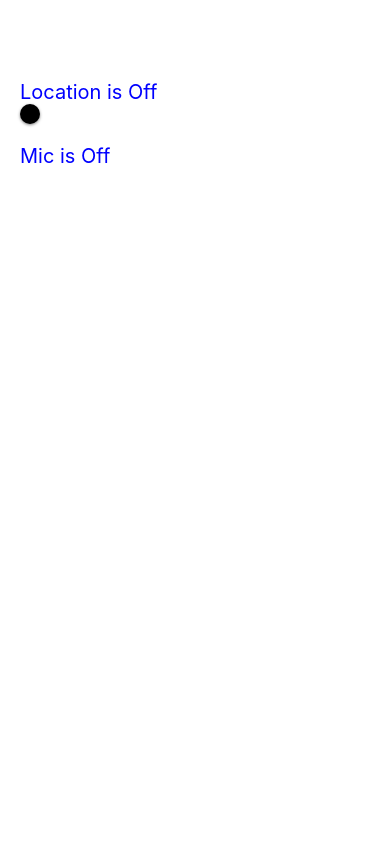
Repository: akinmiday/ReactNativeApp
Screen: /
An editor plug-in stored every save of this project. The screen is shown before and after the next save, followed by the edit.
The app was drawn by React Native's web renderer in a window 390 px wide. The project was rebuilt for these pictures with package versions that can differ from the ones it lists, and the page was loaded fresh each time.

Above is the screen before, as saved 2023-08-05 05:59:26.

### App.js
import { View, Switch, Text } from "react-native";
import styles from "./styles";
import { useState } from "react";
import CustomSwitch from "./CustomSwitch";

export default function App() {
  const { container, text } = styles;

  const [location, setLocation] = useState(false);
  const [mic, setMic] = useState(false);
  const [storage, setStorage] = useState(false);

  const toggleLocation = () => {
    setLocation((previousState) => !previousState);
  };

  const toggleMic = () => {
    setMic((previousState) => !previousState);
  };

  const toggleStorage = () => {
    setStorage((previousState) => !previousState);
  };

  return (
    <View style={container}>
      <Text style={text}>Location is {location ? "On" : "Off"}</Text>
      <CustomSwitch isEnabled={location} toggleSwitch={setLocation} />
      <Text style={text}>Mic is {mic ? "On" : "Off"}</Text>
    </View>
  );
}

### styles.js
import { StyleSheet } from "react-native";

const styles = StyleSheet.create({
  container: {
    marginTop: 40,
    padding: 20,
    backgroundColor: "#fff",
    flex: 1,
  },
  input: {
    backgroundColor: "pink",
    marginTop: 20,
    padding: 20,
  },
  text: {
    fontSize: 20,
    color: "blue",
    marginTop: 20,
  },
});

export default styles;

### CustomSwitch.js
import { View, Switch } from "react-native";
import React from "react";
import styles from "./styles";

export default function CustomSwitch(props) {
  const { toggleSwitch, isEnabled } = props;
  return (
    <View>
      <Switch
        trackColor={{ fasle: "red", true: "green" }}
        thumbColor={"black"}
        ios_backgroundColor={"red"}
        onValueChange={toggleSwitch}
        value={isEnabled}
      />
    </View>
  );
}

After the next save:
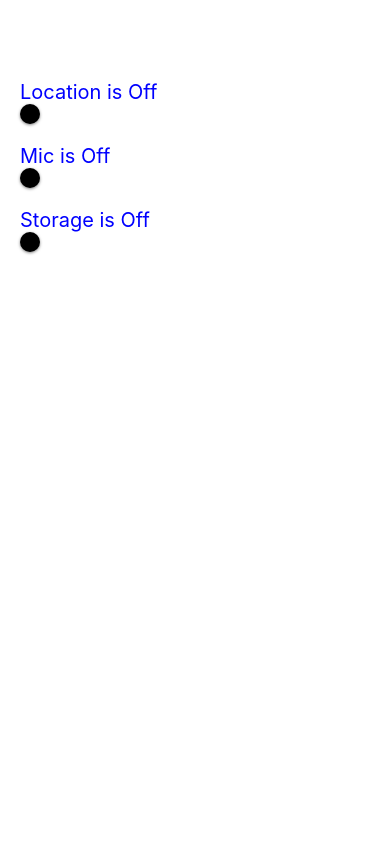
Saved 2 min 28 s later.
--- a/App.js
+++ b/App.js
@@ -26,7 +26,12 @@ export default function App() {
     <View style={container}>
       <Text style={text}>Location is {location ? "On" : "Off"}</Text>
       <CustomSwitch isEnabled={location} toggleSwitch={setLocation} />
+
       <Text style={text}>Mic is {mic ? "On" : "Off"}</Text>
+      <CustomSwitch isEnabled={mic} toggleSwitch={setMic} />
+
+      <Text style={text}>Storage is {storage ? "On" : "Off"}</Text>
+      <CustomSwitch isEnabled={mic} toggleSwitch={setStorage} />
     </View>
   );
 }
